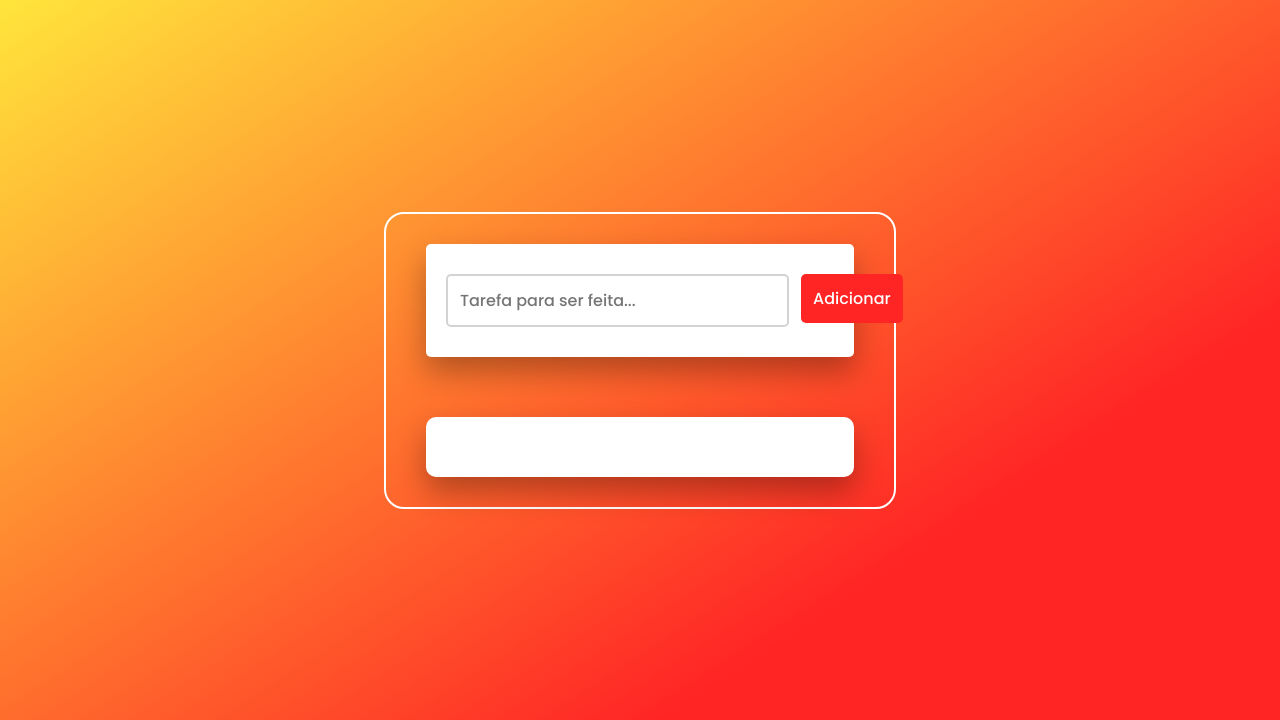
Repository: PetersonAntonyDev/python-flask-
Page: index.html
An editor plug-in stored every save of this project. The page is shown before and after the next save, followed by the edit.
The browser window is 1280 px wide. The pictures show the whole page.
Some web libraries are served in a nearby version.

Above is the page before, as saved 2022-07-26 13:51:14.

### index.html
<!DOCTYPE html>
<html lang="en">

<head>
    <meta charset="UTF-8" />
    <meta http-equiv="X-UA-Compatible" content="IE=edge" />
    <meta name="viewport" content="width=device-width, initial-scale=1.0" />
    <title>EM PROGRESSO - Lista de Tarefas</title>
    <link rel="preconnect" href="https://fonts.googleapis.com" />
    <link rel="preconnect" href="https://fonts.gstatic.com" crossorigin />
    <link href="https://fonts.googleapis.com/css2?family=Poppins:wght@400;500;700&display=swap" rel="stylesheet" />
    <link rel="stylesheet" href="/style.css" />
</head>

<body>
    <div class="container">
        <div class="new-task-container">
            <input type="text" class="new-task-input" placeholder="Tarefa para ser feita..." />

            <button class="new-task-button">Adicionar</button>
        </div>

        <div class="tasks-container"></div>
    </div>

    <script src="https://kit.fontawesome.com/f9e19193d6.js" crossorigin="anonymous"></script>
    <script src="/script.js"></script>
</body>

</html>

### style.css
* {
    margin: 0;
    padding: 0;
    box-sizing: border-box;
    font-family: "Poppins", sans-serif;
  }

  body {
    height: 100vh;
    background-color: #FFE53B;
    background-image: linear-gradient(147deg, #FFE53B 0%, #FF2525 74%);
    display: flex;
    align-items: center;
    justify-content: center;
  }

  .container {
    border-radius: 20px;
    border: 2px solid #fff;
    padding: 30px 40px;
    width: 40%;
    min-width: 500px;
  }

  .new-task-container {
    background-color: #fff;
    padding: 30px 20px;
    border-radius: 5px;
    box-shadow: 0 15px 30px rgba(0, 0, 0, 0.3);
    display: flex;
  }

  .new-task-container input {
    flex: 3;
    font-size: 1rem;
    border: 2px solid #d1d3d4;
    border-radius: 5px;
    padding: 12px;
    font-weight: 500;
  }

  .new-task-container input:focus {
    outline: none;
    border-color: #FFE53B;
  }

  .new-task-button {
    flex: 1;
    border-radius: 5px;
    font-weight: 500;
    height: 100%;
    font-size: 1rem;
    border: none;
    background-color: #FF2525;
    color: #fff;
    padding: 12px;
    margin-left: 12px;
    cursor: pointer;
  }

  .tasks-container {
    background-color: #fff;
    padding: 30px 20px;
    margin-top: 60px;
    border-radius: 10px;
    box-shadow: 0 15px 30px rgba(0, 0, 0, 0.3);
    width: 100%;
  }

  .task-item {
    display: flex;
    justify-content: space-between;
    align-items: center;
    margin-bottom: 6px;
    margin-top: 6px;
  }

  .task-item i {
    background-color: #FF2525;
    color: #fff;
    padding: 12px;
    border-radius: 5px;
  }

  .task-item i:hover {
    cursor: pointer;
  }

  /* Utilities */
  .error {
    border: 2px solid red !important;
  }

  .error::placeholder {
    color: red;
  }

  .completed {
    text-decoration: line-through;
  }

### script.js
const inputElement = document.querySelector(".new-task-input");
const addTaskButton = document.querySelector(".new-task-button");

const tasksContainer = document.querySelector(".tasks-container");

const validateInput = () => inputElement.value.trim().length > 0;

const handleAddTask = () => {
    const inputIsValid = validateInput();

    console.log(inputIsValid);

    if (!inputIsValid) {
        return inputElement.classList.add("error");
    }

    const taskItemContainer = document.createElement("div");
    taskItemContainer.classList.add("task-item");

    const taskContent = document.createElement("p");
    taskContent.innerText = inputElement.value;

    taskContent.addEventListener("click", () => handleClick(taskContent));

    const deleteItem = document.createElement("i");
    deleteItem.classList.add("far");
    deleteItem.classList.add("fa-trash-alt");

    deleteItem.addEventListener("click", () =>
        handleDeleteClick(taskItemContainer, taskContent)
    );

    taskItemContainer.appendChild(taskContent);
    taskItemContainer.appendChild(deleteItem);

    tasksContainer.appendChild(taskItemContainer);

    inputElement.value = "";

    updateLocalStorage();
};

const handleClick = (taskContent) => {
    const tasks = tasksContainer.childNodes;

    for (const task of tasks) {
        const currentTaskIsBeingClicked = task.firstChild.isSameNode(taskContent);

        if (currentTaskIsBeingClicked) {
            task.firstChild.classList.toggle("completed");
        }
    }

    updateLocalStorage();
};

const handleDeleteClick = (taskItemContainer, taskContent) => {
    const tasks = tasksContainer.childNodes;

    for (const task of tasks) {
        const currentTaskIsBeingClicked = task.firstChild.isSameNode(taskContent);

        if (currentTaskIsBeingClicked) {
            taskItemContainer.remove();
        }
    }

    updateLocalStorage();
};

const handleInputChange = () => {
    const inputIsValid = validateInput();

    if (inputIsValid) {
        return inputElement.classList.remove("error");
    }
};

const updateLocalStorage = () => {
    const tasks = tasksContainer.childNodes;

    const localStorageTasks = [...tasks].map((task) => {
        const content = task.firstChild;
        const isCompleted = content.classList.contains("completed");

        return { description: content.innerText, isCompleted };
    });

    localStorage.setItem("tasks", JSON.stringify(localStorageTasks));
};

const refreshTasksUsingLocalStorage = () => {
    const tasksFromLocalStorage = JSON.parse(localStorage.getItem("tasks"));

    if (!tasksFromLocalStorage) return;

    for (const task of tasksFromLocalStorage) {
        const taskItemContainer = document.createElement("div");
        taskItemContainer.classList.add("task-item");

        const taskContent = document.createElement("p");
        taskContent.innerText = task.description;

        if (task.isCompleted) {
            taskContent.classList.add("completed");
        }

        taskContent.addEventListener("click", () => handleClick(taskContent));

        const deleteItem = document.createElement("i");
        deleteItem.classList.add("far");
        deleteItem.classList.add("fa-trash-alt");

        deleteItem.addEventListener("click", () =>
            handleDeleteClick(taskItemContainer, taskContent)
        );

        taskItemContainer.appendChild(taskContent);
        taskItemContainer.appendChild(deleteItem);

        tasksContainer.appendChild(taskItemContainer);
    }
};

refreshTasksUsingLocalStorage();

addTaskButton.addEventListener("click", () => handleAddTask());

inputElement.addEventListener("change", () => handleInputChange());

After the next save:
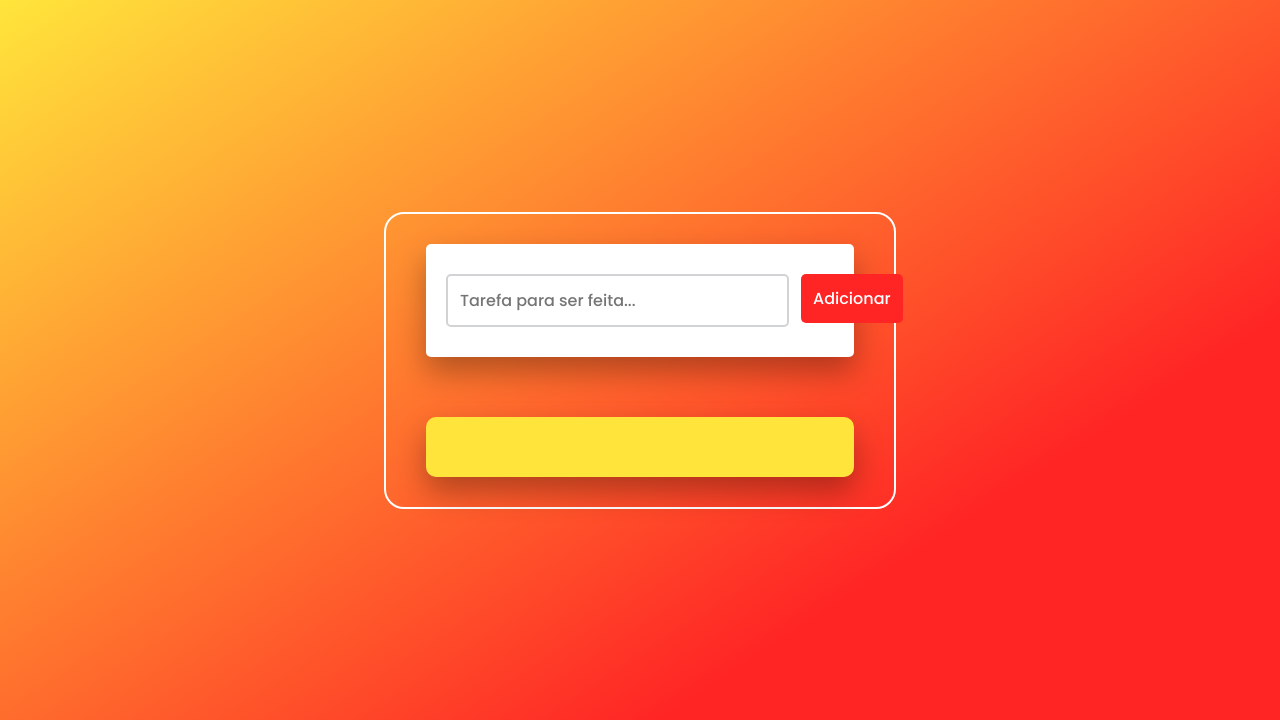
Saved 21 s later.
--- a/style.css
+++ b/style.css
@@ -59,7 +59,7 @@
   }
 
   .tasks-container {
-    background-color: #fff;
+    background-color: #FFE53B;
     padding: 30px 20px;
     margin-top: 60px;
     border-radius: 10px;

After the save that followed:
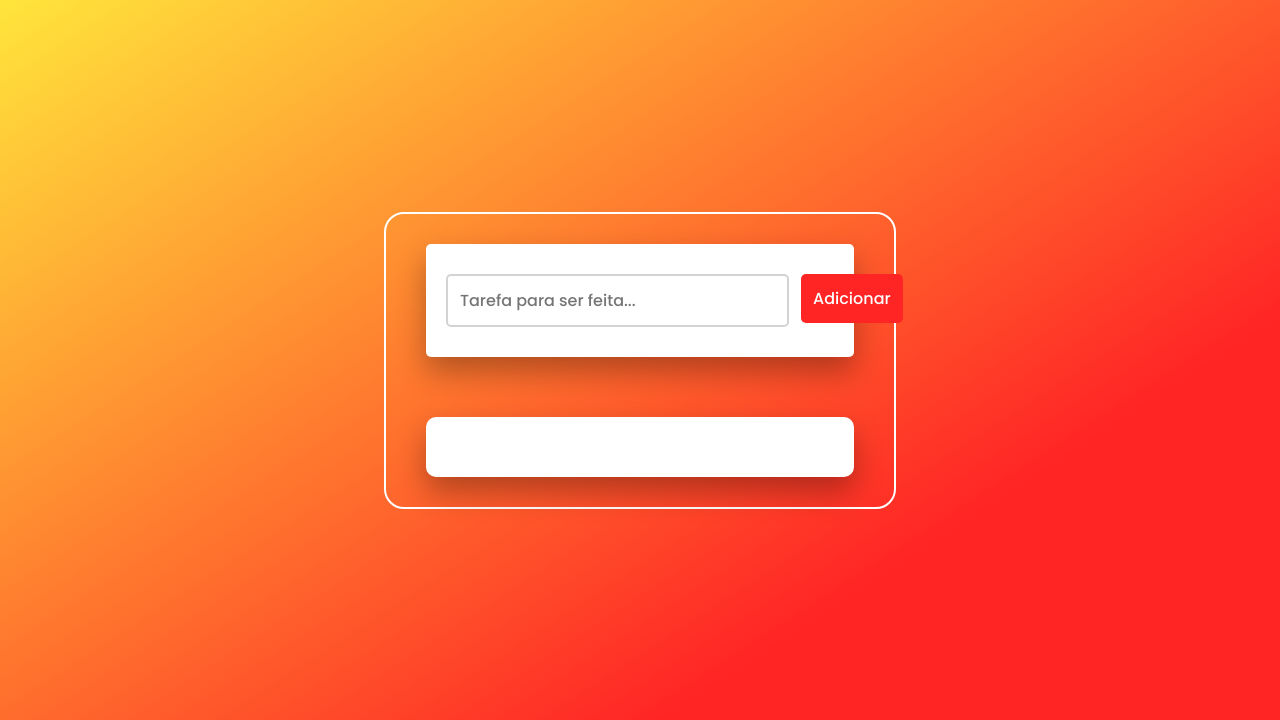
Saved 13 s later.
--- a/style.css
+++ b/style.css
@@ -59,7 +59,7 @@
   }
 
   .tasks-container {
-    background-color: #FFE53B;
+    background-color: #fff;
     padding: 30px 20px;
     margin-top: 60px;
     border-radius: 10px;
